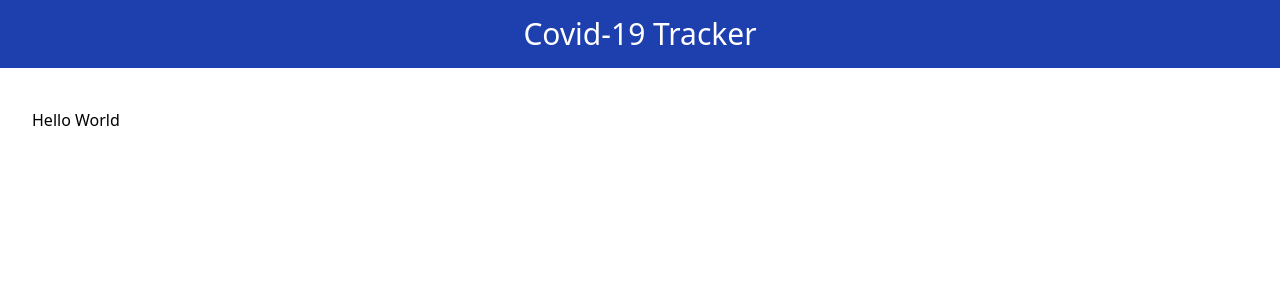
Repository: starcode72/vue-covid-tracker
Page: /
These files come from the project's save history. The page is drawn as it stood at one moment and after the next save; the edit follows.
The browser window is 1280 px wide. The pictures show the whole page.
The project was rebuilt for these pictures with package versions that can differ from the ones it lists, and the page was loaded fresh each time. Also part of the build but not shown: vue.config.js.

Above is the page before, as saved 2022-04-30 08:28:38.

After the next save:
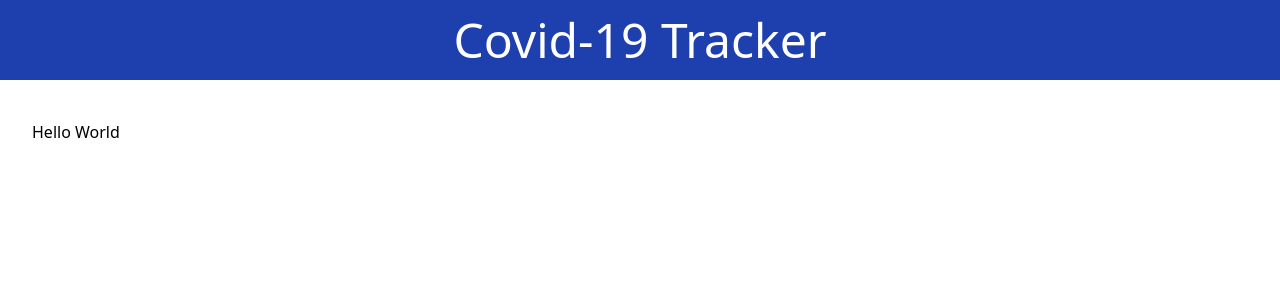
Saved 4 s later.
--- a/src/components/Header.vue
+++ b/src/components/Header.vue
@@ -1,6 +1,6 @@
 <template>
   <header class="text-center bg-blue-800 text-white p-4 mb-10" >
-    <div class="text-3xl md:text-">Covid-19 Tracker</div>
+    <div class="text-3xl md:text-5xl">Covid-19 Tracker</div>
   </header>
 </template>
 
